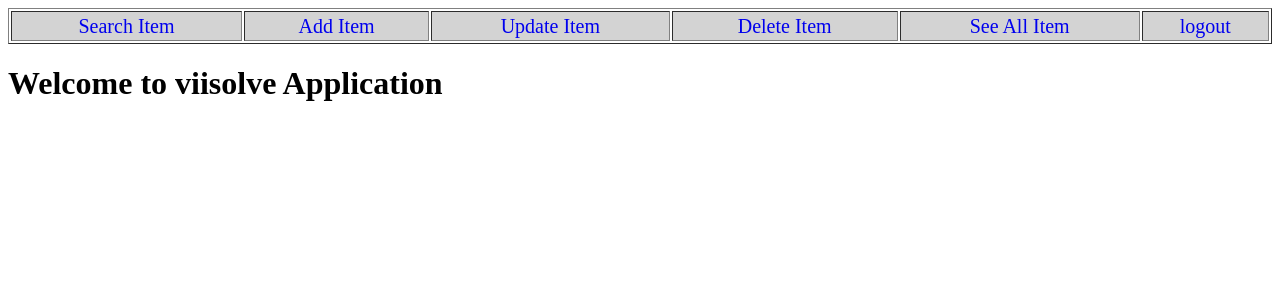
Repository: ty-veeresh/Batch10_Spring_SpringDbProject
Page: http://localhost/springdb/WEB-INF/views/HomePage.jsp
An editor plug-in stored every save of this project. The page is shown before and after the next save, followed by the edit.
The browser window is 1280 px wide. The pictures show the whole page.
The page is served by Tomcat 9. Nobody is signed in. Other server files are loaded and not shown. The template is opened directly, without the code that normally fills it, so the values that code supplies are empty.

Above is the page before, as saved 2021-05-04 12:50:46.

### springdb/src/main/webapp/WEB-INF/views/HomePage.jsp
<%@ page language="java" contentType="text/html; charset=ISO-8859-1"
    pageEncoding="ISO-8859-1"%>

    <%@ include file="headerPage.jsp" %>

<!DOCTYPE html>
<html>
<head>
<meta charset="ISO-8859-1">
<title>Insert title here</title>
</head>
<body>
	<h1> Welcome to viisolve Application</h1>
</body>
</html>

### springdb/src/main/webapp/WEB-INF/views/headerPage.jsp
<%@ page language="java" contentType="text/html; charset=ISO-8859-1"
	pageEncoding="ISO-8859-1"%>

<%
	String expMsg = (String) request.getAttribute("expMsg");
%>
<!DOCTYPE html>
<html>
<head>
<meta charset="ISO-8859-1">
<title>Delete</title>
</head>
<body>

	<table border="1" style="width: 100%; text-align: center;">
		<tr style="background: lightgrey; color: blue; height: 30px">
			<td style="font-size: 20px"><a href="./searchPage"
				style="text-decoration: none">Search Item </a></td>
			<td style="font-size: 20px"><a href="./add"
				style="text-decoration: none">Add Item</a></td>
			<td style="font-size: 20px"><a href="./update"
				style="text-decoration: none">Update Item </a></td>
			<td style="font-size: 20px"><a href="./delete"
				style="text-decoration: none">Delete Item</a></td>
			<td style="font-size: 20px"><a href="./getAll"
				style="text-decoration: none">See All Item</a></td>
			<td style="font-size: 20px"><a href="./logout"
				style="text-decoration: none">logout </a></td>
		</tr>

	</table>

	<%
		if (expMsg != null && !expMsg.isEmpty()) {
	%>
	<h1 style="color: blue;">
		<%=expMsg%></h1>
	<%
		}
	%>
</body>
</html>

After the next save:
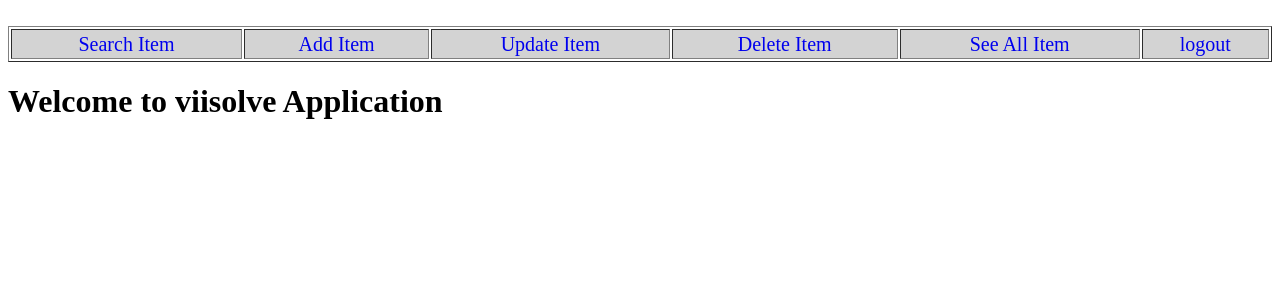
Saved 4 min 25 s later.
--- a/springdb/src/main/webapp/WEB-INF/views/headerPage.jsp
+++ b/springdb/src/main/webapp/WEB-INF/views/headerPage.jsp
@@ -15,7 +15,7 @@
 	<table border="1" style="width: 100%; text-align: center;">
 		<tr style="background: lightgrey; color: blue; height: 30px">
 			<td style="font-size: 20px"><a href="./searchPage"
-				style="text-decoration: none">Search Item </a></td>
+				style="text-decoration: none">Search Item </a></td><br>
 			<td style="font-size: 20px"><a href="./add"
 				style="text-decoration: none">Add Item</a></td>
 			<td style="font-size: 20px"><a href="./update"
